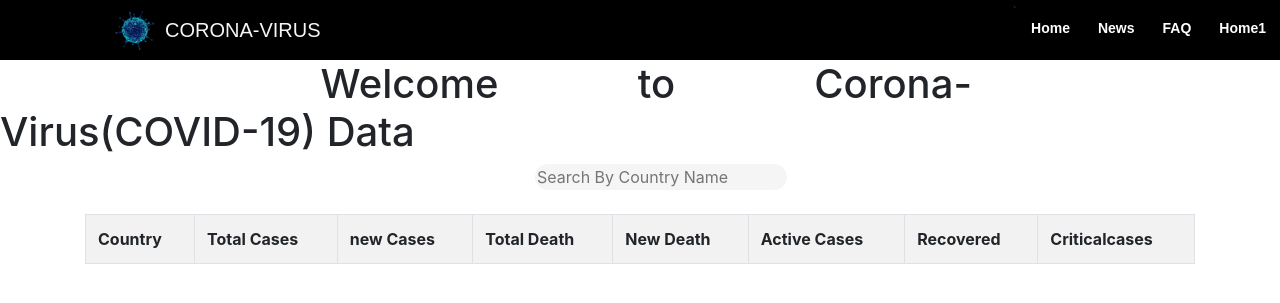
Repository: xthashankar/COVID-19-data-
Page: index.html
These files come from the project's save history. The page is drawn as it stood at one moment and after the next save; the edit follows.
The browser window is 1280 px wide. The pictures show the whole page.
The page's requests for data from a server got no answer.

Above is the page before, as saved 2020-04-16 12:35:23.

After the next save:
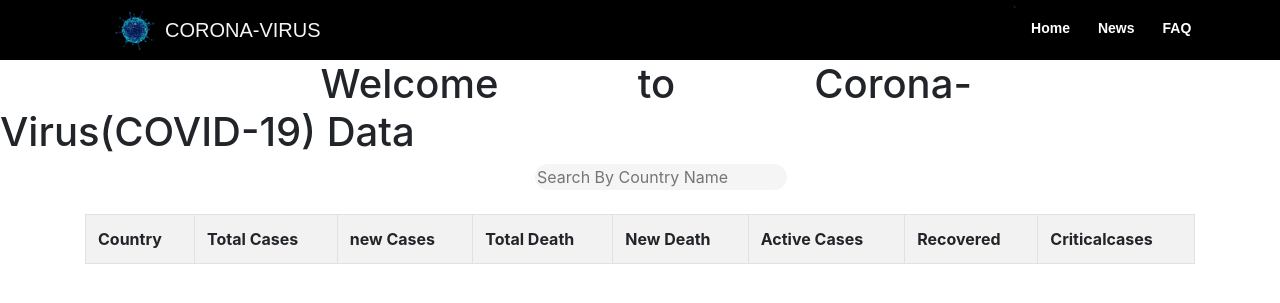
Saved 14 s later.
--- a/css/styles.css
+++ b/css/styles.css
@@ -90,7 +90,7 @@ nav ul li{
   float:right;
   list-style: none;
   position: relative;
-  list-style-type: none
+
 
 }
 nav ul li a{
@@ -140,3 +140,9 @@ h1{
   border-radius: 15px;
   background-color:whitesmoke;
 }
+.not-active {
+  pointer-events: none;
+  cursor: default;
+  text-decoration: none;
+  color: black;
+}

After the save that followed:
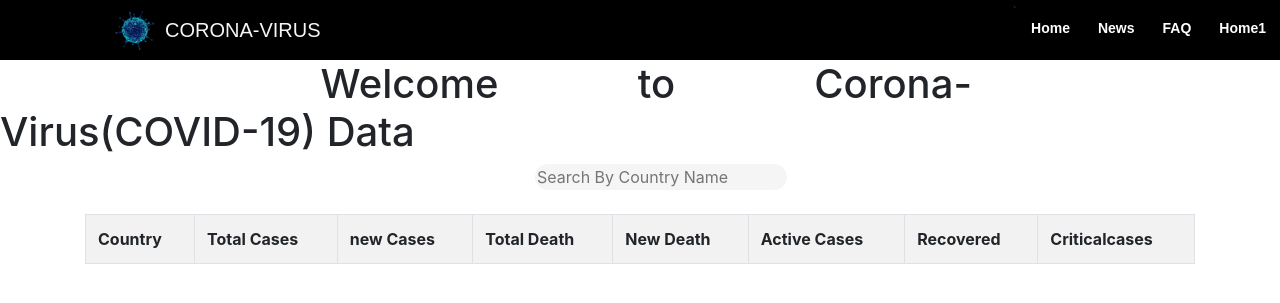
Saved 39 s later.
--- a/index.html
+++ b/index.html
@@ -19,7 +19,7 @@
             <h5>CORONA-VIRUS</h5>
         </a>
         <ul>
-            <li><a class="not-active" href="#"><b>Home1</b></a></li>
+            <li><a  href="#"><b>Home1</b></a></li>
             <li><a href="#"><b>FAQ</b></a>
                 <ul>
                     <li><a href= "">Nepali</a></li>
